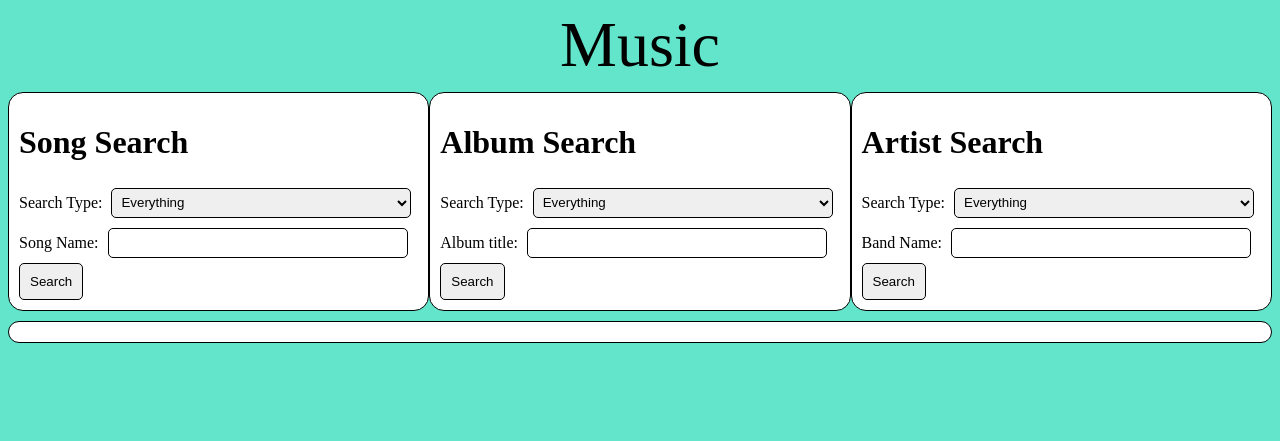
Repository: bparambath/bkp12_INFSCI1017
Page: bkp12_MusicJPAWeb/WebContent/song2.html
These files come from the project's save history. The page is drawn as it stood at one moment and after the next save; the edit follows.
The browser window is 1280 px wide. The pictures show the whole page.

Above is the page before, as saved 2019-04-19 02:49:19.

After the next save:
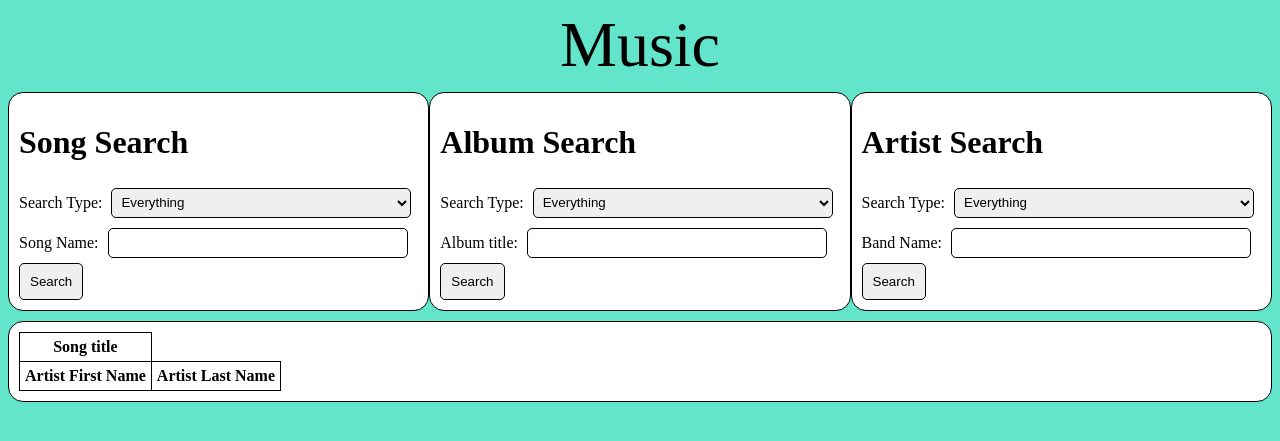
Saved 7 min 53 s later.
--- a/bkp12_MusicJPAWeb/WebContent/song2.html
+++ b/bkp12_MusicJPAWeb/WebContent/song2.html
@@ -111,6 +111,13 @@
 			<th>Artist band name</th>
 			<th>Artist bio</th>
 		</tr>
+		<tr class="hide4">
+			<th>Song title</th>
+		</tr>
+		<tr class="hide6">
+			<th>Artist First Name</th>
+			<th>Artist Last Name</th>
+		</tr>
 	</table>
 </div>
 
